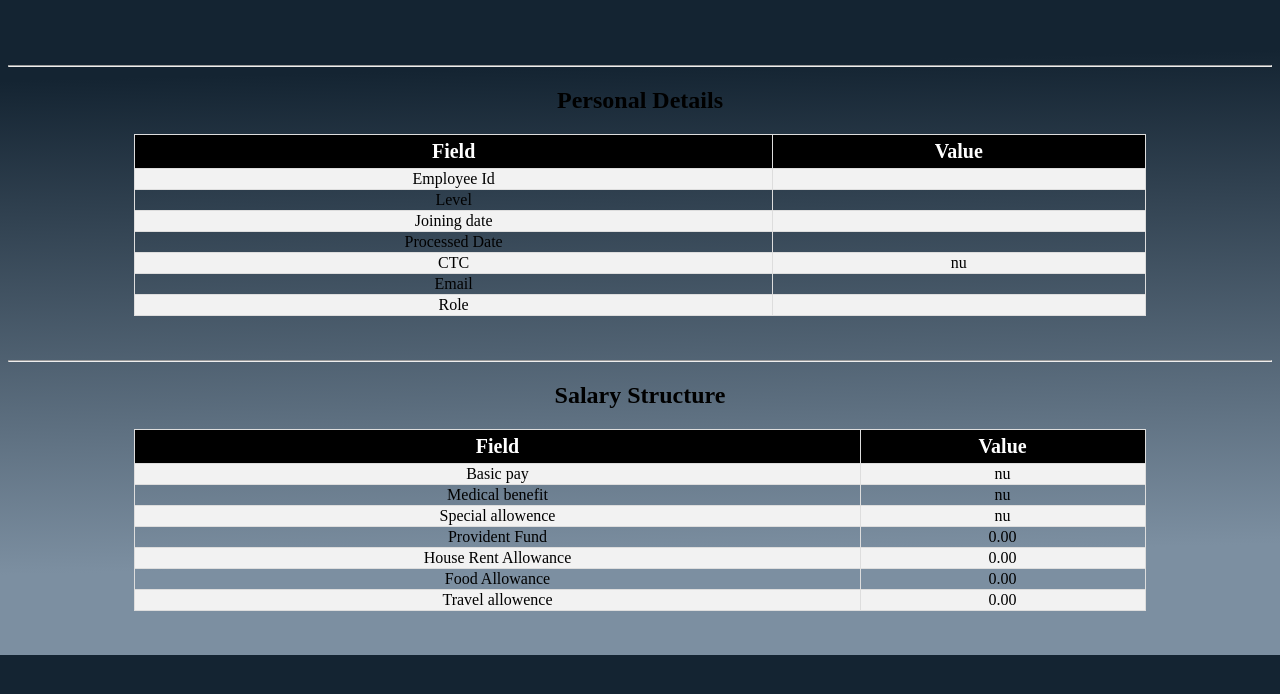
Repository: Mainak-Deb/EmployeeApprisalApp
Page: http://localhost/EmployeeApprisalForm/WEB-INF/views/userPage.jsp
The author's editor kept a copy of each file at every save. The page is drawn from the files as they stood at one save, then again after the next save.
The browser window is 1280 px wide. The pictures show the whole page.
The page is served by Tomcat 9. Nobody is signed in. Other server files are loaded and not shown. The template is opened directly, without the code that normally fills it, so the values that code supplies are empty.

Above is the page before, as saved 2023-06-27 11:30:06.

### EmployeeApprisalForm/src/main/webapp/WEB-INF/views/userPage.jsp
<%@ page language="java" contentType="text/html; charset=ISO-8859-1"
    pageEncoding="ISO-8859-1"%>
    <%@ taglib prefix="c" uri="http://java.sun.com/jsp/jstl/core" %>


<!DOCTYPE html>
<html lang="en">
<head>
    <meta charset="UTF-8">
    <meta name="viewport" content="width=device-width, initial-scale=1.0">
    <title>Document</title>
    <style>
        table, th, td {
          border: 1px solid;
          text-align: center;
        }

        table {
          width: 80%;
          margin: auto;
        }
        </style>
        <link rel="stylesheet" href="public/styles/userPage.css">

</head>
<body>

    <h1 style="text-align: center;" >${employeeDetails.name}</h1>
    <div style="text-align: center;" >${employeeDetails.designation}</div> <br><br>
    <hr>
    <div>
    <h2 style="text-align: center;" >Personal Details</h2>
    <table>
        <tr>
          <th>Field</th>
          <th>Value</th>
        </tr>
         <tr>
          <td>Employee Id</td>
          <td> ${employeeDetails.empID}</td>
        </tr>
        <tr>
          <td>Level</td>
          <td> ${employeeDetails.level}</td>
        </tr>
        <tr>
          <td>Joining date</td>
          <td>${employeeDetails.postedDate}</td>
        </tr>
        <tr>
            <td>Processed Date</td>
            <td>${employeeDetails.processedDate}</td>
        </tr>
        <tr>
            <td>CTC</td>
            <td>${String.format("%.2f", employeeDetails.ctc)}</td>
        </tr>

        <tr>
            <td>Email</td>
            <td>${employeeDetails.username}</td>
        </tr>

        <tr>
            <td>Role</td>
            <td>${employeeDetails.role}</td>
        </tr>
      </table>

      <br><br>
      <hr>
      <h2 style="text-align: center;" >Salary Structure</h2>
      <table>
        <tr>
          <th>Field</th>
          <th>Value</th>
        </tr>
        <tr>
          <td>Basic pay</td>
          <td>${String.format("%.2f", employeeDetails.basic)}</td>
        </tr>
        <tr>
          <td>Medical benefit</td>
          <td>${String.format("%.2f", employeeDetails.medical)}</td>
        </tr>
        <tr>
            <td>Special allowence</td>
            <td>${String.format("%.2f", employeeDetails.specialAllowances)}</td>
        </tr>
        <tr>
            <td>Provident Fund</td>
            <td>${String.format("%.2f", employeeDetails.basic*employeeDetails.pf/100)}</td>
        </tr>

        <tr>
            <td>House Rent Allowance</td>
            <td>${String.format("%.2f", employeeDetails.basic*employeeDetails.hra/100)}</td>
        </tr>

        <tr>
            <td>Food Allowance</td>
            <td>${String.format("%.2f", employeeDetails.specialAllowances*employeeDetails.food/100)}</td>
        </tr>
        <tr>
            <td>Travel allowence</td>
            <td>${String.format("%.2f", employeeDetails.specialAllowances*employeeDetails.travel/100)}</td>
        </tr>
      </table>

      <br><br>
      </div>

</body>
</html>

### EmployeeApprisalForm/src/main/webapp/public/styles/userPage.css
body{
	background-repeat: no-repeat;
    background-size: cover;
    background-position: center;
        background:  linear-gradient(178.6deg, rgb(20, 36, 50) 11.8%, rgb(124, 143, 161) 83.8%);
    z-index:0;
}

table, th, td {
    text-align: center;
     border: 1px solid #ddd;
  }

  table {
    width: 80%;
    margin: auto;
      border-collapse: collapse;
        border: 1px solid #ddd;
  padding: 8px;
  }

  th{
  	background-color:black;
  	color:white;
  	padding:5px;
  	font-size:20px;
  }
tr:nth-child(even){background-color: #f2f2f2;}

tr:hover {background-color: white;}

After the next save:
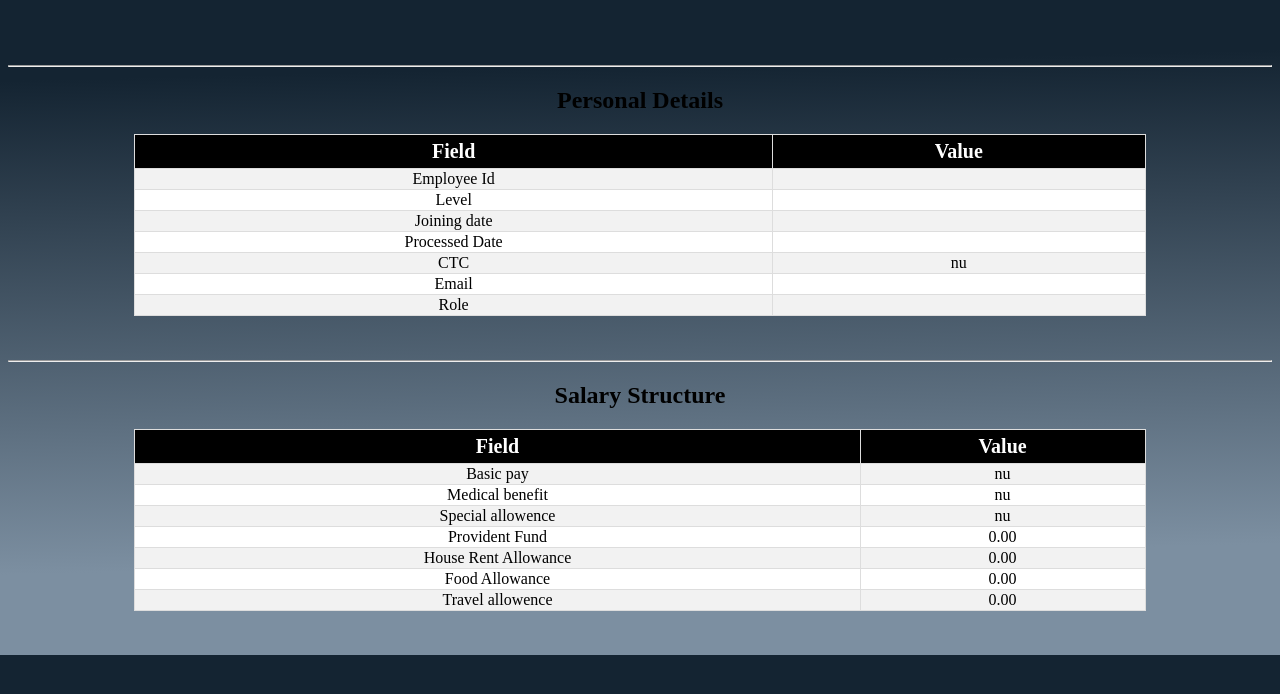
Saved 65 s later.
--- a/EmployeeApprisalForm/src/main/webapp/public/styles/userPage.css
+++ b/EmployeeApprisalForm/src/main/webapp/public/styles/userPage.css
@@ -26,5 +26,5 @@ table, th, td {
   	font-size:20px;
   }
 tr:nth-child(even){background-color: #f2f2f2;}
-
+tr:nth-child(odd){background-color: white;}
 tr:hover {background-color: white;}
